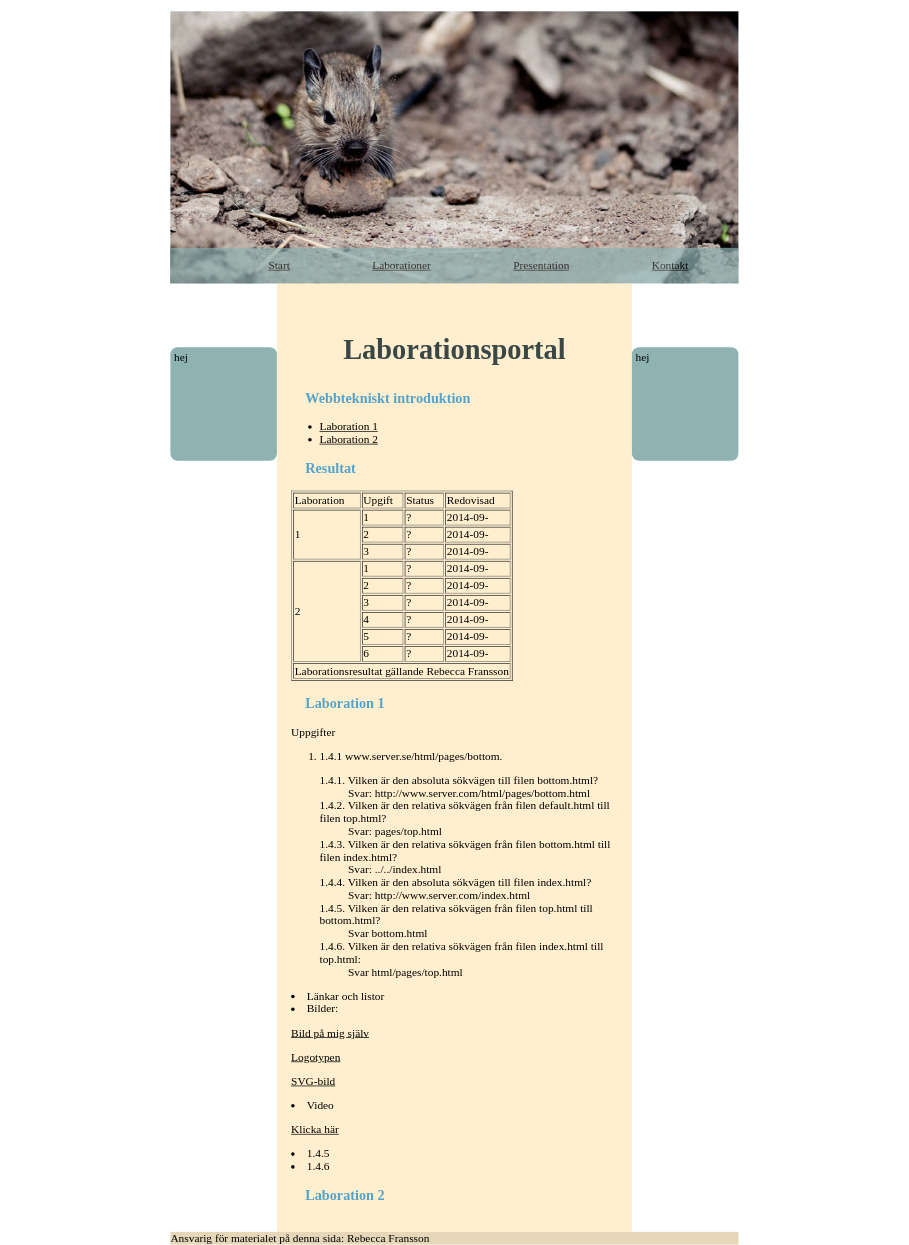
Repository: RebeccaFransson/Interfacedevelopment-1IK415
Page: pages/laborationer.html
The author's editor kept a record of every edit. The page is drawn from the files as they stood at one moment, then again after the next edit.
The browser window is 1280 px wide. The pictures show the whole page, at 71% of full size.

Above is the page before.

### pages/laborationer.html
<!DOCTYPE html>
<html>
<head>
    <meta charset="utf-8"/>
    <title>Laborationer</title>
    <link rel="stylesheet" href="../css/style.css" />
</head>
    <body>

    <div id="header">
        <p><img src="../Pictures/header.jpg" width="800" height="383" alt=""></p>
    </div>

    <div id="meny">
        <ul>
            <li><a href="../index.html">Start</a> </li>  <!-- ../ gör att jag kommer ut till mappen ovan.-->
            <li><a href="laborationer.html">Laborationer</a> </li>
            <li><a href="presentation.html">Presentation</a> </li>
            <li><a href="kontakt.html">Kontakt</a> </li>
        </ul>
    </div>

    <div class="left pic">
     hej
    </div>
    <div class="right pic">
     hej
    </div>

    <div id="content">

        <h2>Laborationsportal</h2>

        <div class="inlägg">
        <h3>Webbtekniskt introduktion</h3>
            <ul>
                <li><a href="#Laboration_1">Laboration 1</a> </li>
                <li><a href="#Laboration_2">Laboration 2</a> </li>
            </ul>
            </div>


         <div class="inlägg">
         <h3>Resultat</h3>
         <table border="1"> <!--Tabell-->
             <thead>
                <tr>
                    <td>Laboration</td>
                    <td>Upgift</td>
                    <td>Status</td>
                    <td>Redovisad</td>
                  </tr>
              </thead>
              <tbody>
                <tr>
                    <td rowspan="3">1</td>
                    <td>1</td>
                    <td>?</td>
                    <td>2014-09-</td>
                </tr>
                <tr>
                    <td>2</td>
                    <td>?</td>
                    <td>2014-09-</td>
                </tr>
                    <tr>
                    <td>3</td>
                    <td>?</td>
                    <td>2014-09-</td>
                </tr>

                <tr>                        <!--Tabell för lab2-->
                    <td rowspan="6">2</td>
                    <td>1</td>
                    <td>?</td>
                    <td>2014-09-</td>
                </tr>
                <tr>
                    <td>2</td>
                    <td>?</td>
                    <td>2014-09-</td>
                </tr>
                <tr>
                    <td>3</td>
                    <td>?</td>
                    <td>2014-09-</td>
                </tr>
                <tr>
                    <td>4</td>
                    <td>?</td>
                    <td>2014-09-</td>
                </tr>
                <tr>
                    <td>5</td>
                    <td>?</td>
                    <td>2014-09-</td>
                </tr>
                <tr>
                    <td>6</td>
                    <td>?</td>
                    <td>2014-09-</td>
                </tr>
            </tbody>
            <tfoot>
                <tr>                        <!--Tabell för lab2-->
                    <td colspan="4">Laborationsresultat gällande Rebecca Fransson</td>
                </tr>
            </tfoot>
             </table>
             </div>


                  <div class="inlägg">
                  <a name="Laboration_1"></a> <!---Gör en ankar länk till laboration 1-->
                  <h3>Laboration 1</h3>
                  <p>Uppgifter</p>

                  <!-- Gör en numrerad lista på uppgifterna i lab1 -->
                  <ol>
                     <li>1.4.1 www.server.se/html/pages/bottom.
                       <dl>
                         <dt>1.4.1. Vilken är den absoluta sökvägen till filen bottom.html?</dt>
                             <dd>Svar: http://www.server.com/html/pages/bottom.html</dd>
                         <dt>1.4.2. Vilken är den relativa sökvägen från filen default.html till filen top.html?</dt>
                             <dd>Svar: pages/top.html</dd>
                         <dt>1.4.3. Vilken är den relativa sökvägen från filen bottom.html till filen index.html?</dt>
                             <dd>Svar: ../../index.html</dd> <!-- ? -->
                         <dt>1.4.4. Vilken är den absoluta sökvägen till filen index.html?</dt>
                             <dd>Svar: http://www.server.com/index.html</dd>
                         <dt>1.4.5. Vilken är den relativa sökvägen från filen top.html till bottom.html?</dt>
                             <dd>Svar bottom.html</dd>
                         <dt>1.4.6. Vilken är den relativa sökvägen från filen index.html till top.html:</dt>
                             <dd>Svar html/pages/top.html</dd>
                       </dl>
                     </li>
                </div>


                <div class="inlägg">
                     <li>Länkar och listor</li>
                     <li>Bilder:
                         <p><a href="presentation.html#Bild_pa_mig">Bild på mig själv</a></p>
                         <p><a href="../Pictures/Logo.png">Logotypen</a> </p>
                         <p><a href="../index.html#blogg-SVG-bild">SVG-bild</a></p>
                     </li>
                     <li>Video
                         <p><a href="../index.html#blogg-video">Klicka här</a></p>
                     </li>
                     <li>1.4.5</li>
                     <li>1.4.6</li>
                 </ol>
                 </div>

                <div class="inlägg">
                 <a name="Laboration_2"></a>
                 <h3>Laboration 2</h3></div>

    </div>

    <div id="footer">
            Ansvarig för materialet på denna sida: Rebecca Fransson
    </div>

    </body>

     </html>

### css/style.css
body {

    width: 800px;
    margin:auto;

}

/*Här är min Header */
#header {

    background-color: #CCFFFF;
    height: 383px;

}

#header img{
    float:left;
    height:383px;
    width:800px;
}

/*Här är min meny och länkarna */

#meny {
    Background-color: #8FB2B2;
    float: left;
    width: 800px;
    height:50px;
    margin-bottom:20px;
    position:relative;
    bottom:50px;
    opacity: 0.7;

}


#meny li {
    margin-left:80px;
    list-style: none;
    float:left;

    opacity: 1;

}
#meny a {
       padding:18px;

}
a:link {
    color: black;
}

a:visited {
    color: #338080;
}

a:hover {
    color: #394747;
    background-color: #FFEFCE;

}

a:active {
    color: #52A3CC;
}

/*Här är min Content med text */
#content{

    background-color:#FFEFCE;
    width: 460px;
    margin-left:150px;
    padding:20px;
    height:auto;

}
#content h2 {
    text-align:center;
    font-size:40px;
    color: #394747;
}

#content h3 {
    color: #52A3CC;
    font-size:20px;
    margin-left:20px;
    border-bottom: 2px;
}

table {
    margin-top:20px;
}

.bildpamig{
    float:left;
    margin-right:10px;
}

.media{
    float:right;
}

.inlagg{
    margin-bottom:100px;
}

img p #content {
    float:none;
}

.signatur{
    float: right;
}


.pic{
    Background-color: #8FB2B2;
    width: 140px;
    height:150px;
    margin-top:20px;

    -webkit-border-radius: 10px;
    -moz-border-radius: 10px;
    border-radius: 10px;
    padding: 5px;
}
.right{
    float:right;
}

.left{
    float:left;
}

#footer {

    Background-color: #E6D7B9;
    height:auto;


}



/*Mina bakgrundsfärger:
Header:#CCFFFF
Content:#FFEFCE
Footer:#E6D7B9
*/

After the next edit:
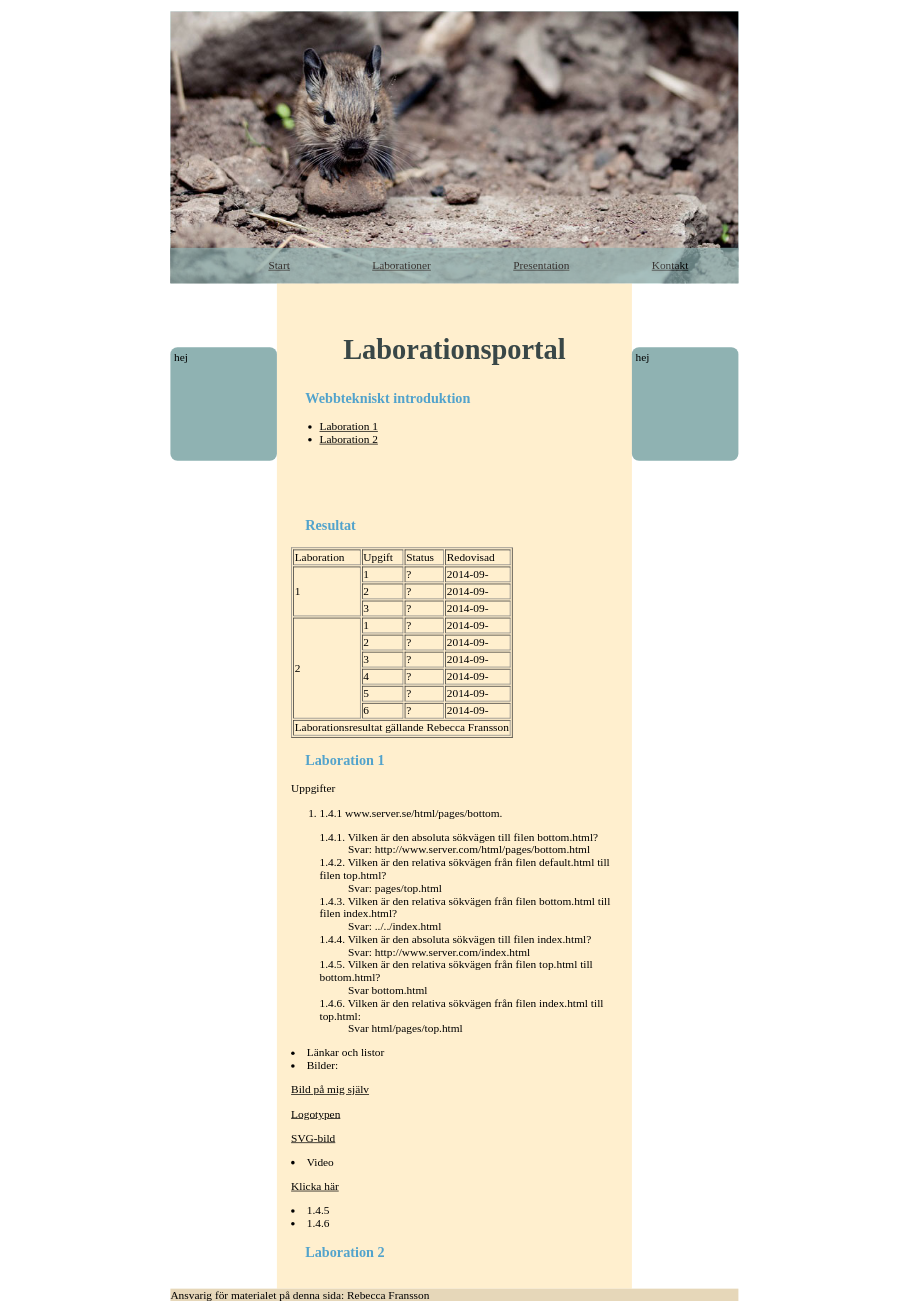
The edit:
--- a/pages/laborationer.html
+++ b/pages/laborationer.html
@@ -31,7 +31,7 @@
 
         <h2>Laborationsportal</h2>
 
-        <div class="inlägg">
+        <div class="inlagg">
         <h3>Webbtekniskt introduktion</h3>
             <ul>
                 <li><a href="#Laboration_1">Laboration 1</a> </li>
